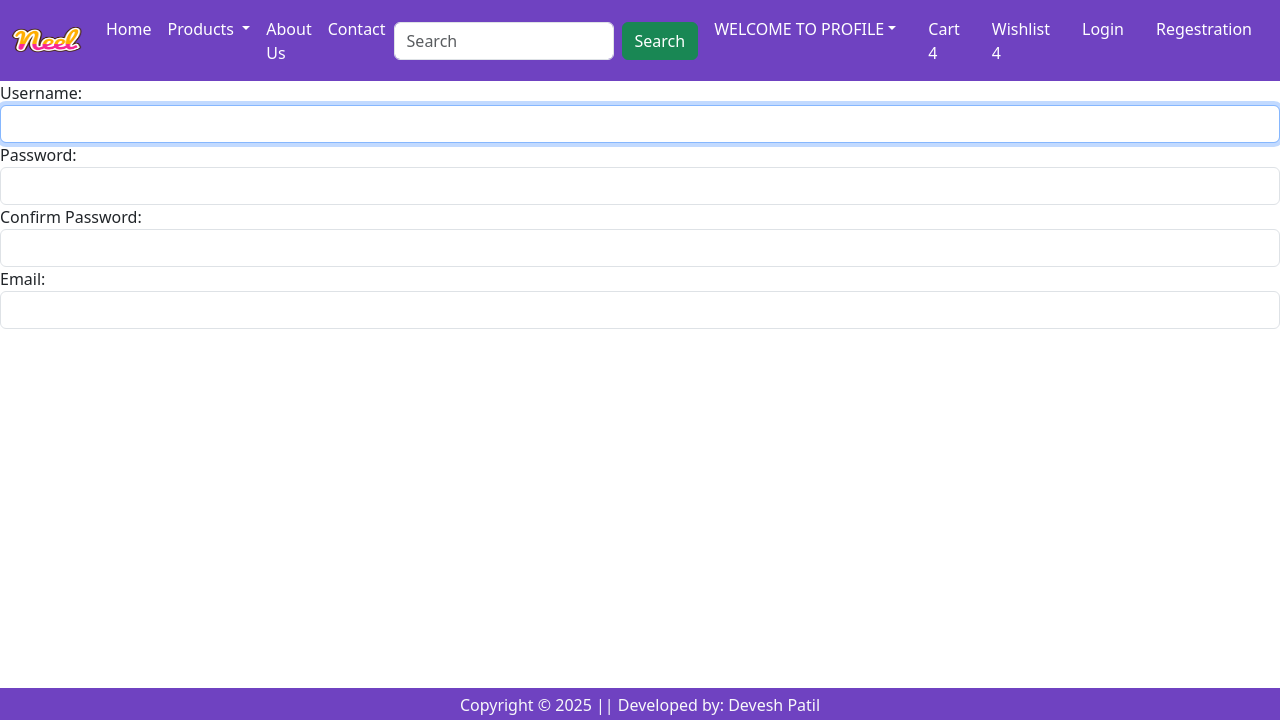
Repository: DeveshPatill/mydjango
Page: http://localhost/registration/
These files come from the project's save history. The page is drawn as it stood at one moment and after the next save; the edit follows.
The browser window is 1280 px wide. The pictures show the whole page.
The page is served by the project's application, run on Django 5.2 (ec/manage.py).

Above is the page before, as saved 2025-03-23 22:21:22.

After the next save:
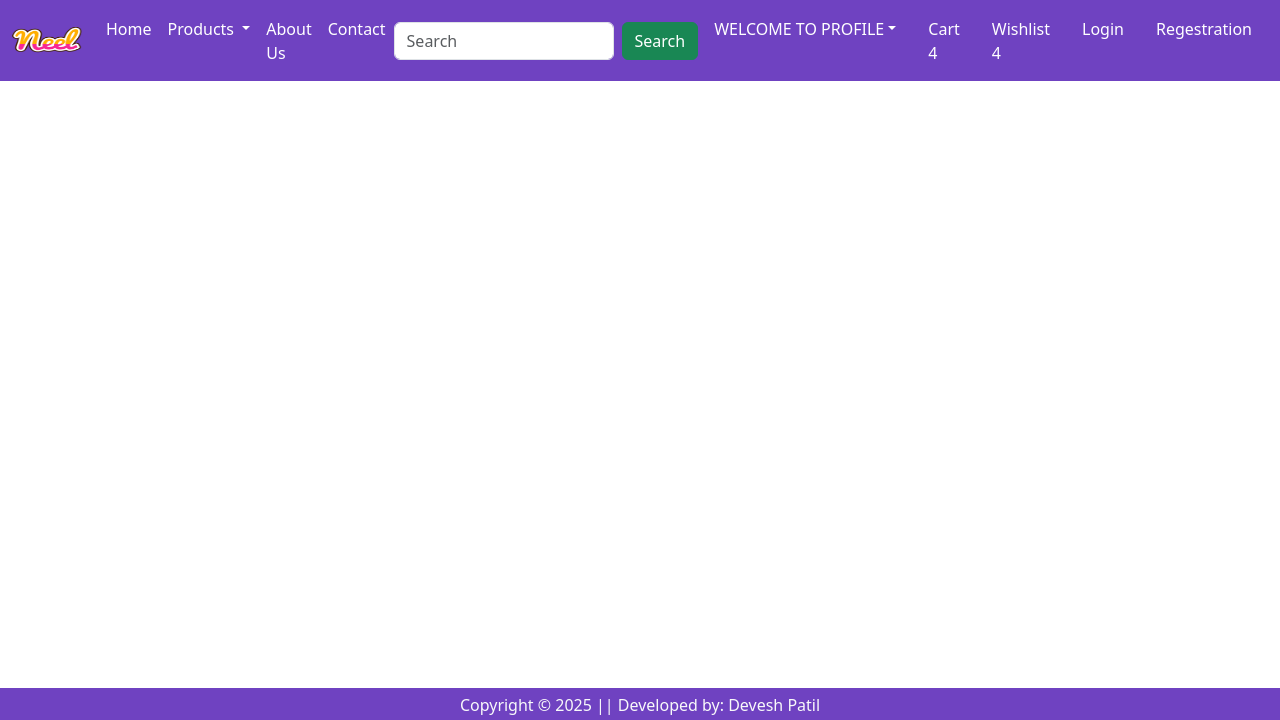
Saved 18 min 30 s later.
--- a/ec/app/templates/app/customerregistration.html
+++ b/ec/app/templates/app/customerregistration.html
@@ -5,6 +5,11 @@
 
 
 {% block main-content %}
-{{form}}
+<div class="container">
+    <div class="row">
+        <div class="col-sm-6 offset-sm-3"></div>
+
+    </div>
+</div>
 
 {% endblock main-content %}
